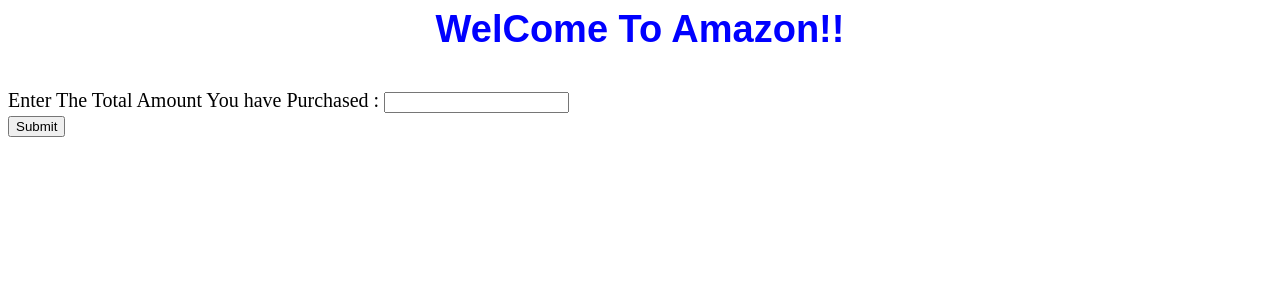
Repository: KavinAdithya/Servlet-JSP
Page: AmazonSale/src/main/webapp/WebPage.html
These files come from the project's save history. The page is drawn as it stood at one moment and after the next save; the edit follows.
The browser window is 1280 px wide. The pictures show the whole page.

Above is the page before, as saved 2024-03-17 02:11:48.

### AmazonSale/src/main/webapp/WebPage.html
<!DOCTYPE html>
<html>
	<head>
		<meta charset="ISO-8859-1">
		<title>
			AmazonShop.tech
		</title>
		<link rel="stylesheet" href="WebPageStyle.css">
	</head>
	<body>
		<p class="amazon-para">
			WelCome To Amazon!!
		</p>
		<form action="amazon" method="post" class="amount-para">
			Enter The Total Amount You have Purchased : <input type="text" name="amount"><br>
			<input type="submit">
		</form>
	</body>
</html>

### AmazonSale/src/main/webapp/WebPageStyle.css
@charset "ISO-8859-1";
.amazon-para{
	color:rgb(0, 0, 255);
	text-align:center;
	margin-top:0;
	font-size:38px;
	font-family:Arial;
	font-weight:bold;
}
.design-para{
	padding-left:200px;
}
.amount-para{
	font-size:20px;
}

After the next save:
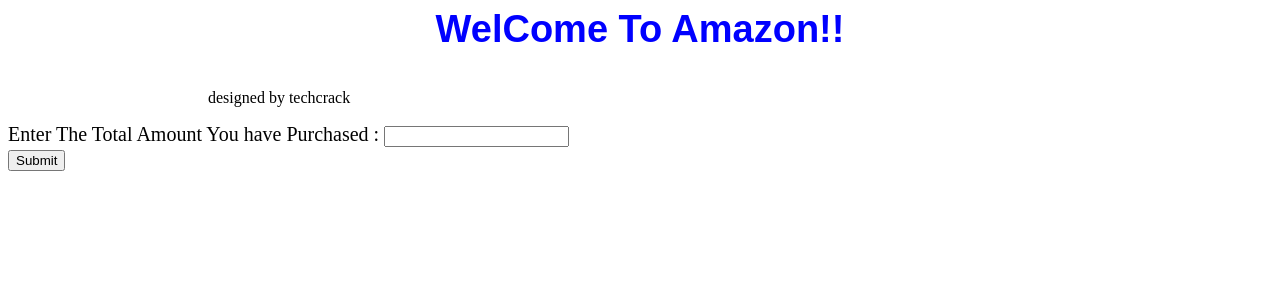
Saved 4 s later.
--- a/AmazonSale/src/main/webapp/WebPage.html
+++ b/AmazonSale/src/main/webapp/WebPage.html
@@ -11,6 +11,9 @@
 		<p class="amazon-para">
 			WelCome To Amazon!!
 		</p>
+		<p class="design-para">
+				designed by techcrack
+		</p>
 		<form action="amazon" method="post" class="amount-para">
 			Enter The Total Amount You have Purchased : <input type="text" name="amount"><br>
 			<input type="submit">
